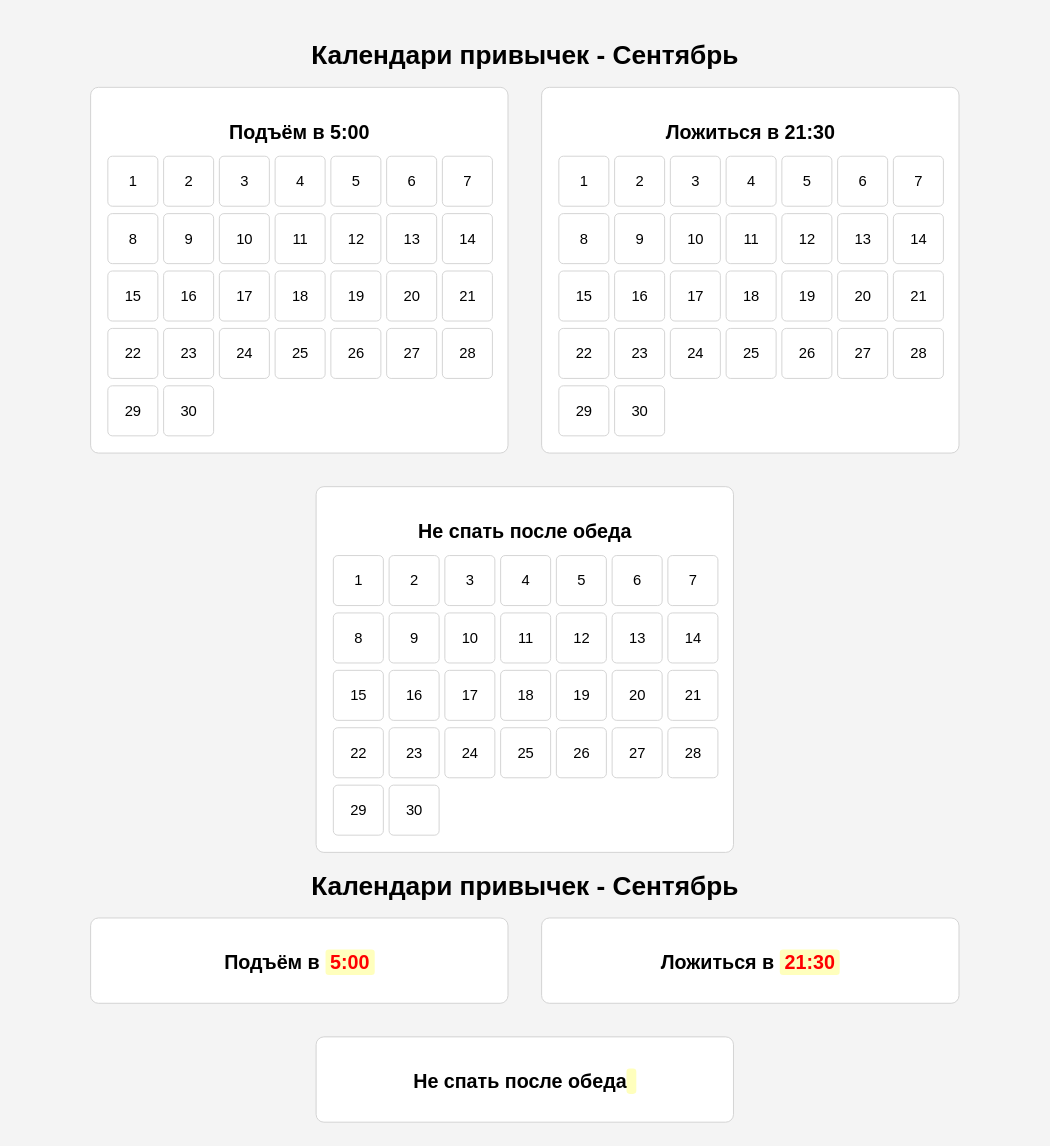
Repository: Pavel1776/doublecalendar
Page: index.html
The author's editor kept a copy of each file at every save. The page is drawn from the files as they stood at one save, then again after the next save.
The browser window is 1280 px wide. The pictures show the whole page, at 82% of full size.

Above is the page before, as saved 2025-09-18 04:38:08.
Console error: SyntaxError: Identifier 'daysInSeptember' has already been declared

### index.html
<!DOCTYPE html>
<html lang="ru">

<head>
  <meta charset="UTF-8" />
  <meta name="viewport" content="width=device-width, initial-scale=1.0" />
  <title>Календари привычек</title>
  <link href="style.css" rel="stylesheet" />
</head>

<body>
  <h1>Календари привычек - Сентябрь</h1>

  <div class="calendars-container" id="calendars"></div>

  <script src="script.js"></script>
</body>

</html>
<!DOCTYPE html>
<html lang="ru">

<head>
  <meta charset="UTF-8" />
  <meta name="viewport" content="width=device-width, initial-scale=1.0" />
  <link href="style.css" rel="stylesheet" />
  <title>Календари привычек</title>
</head>

<body>

  <h1>Календари привычек - Сентябрь</h1>

  <div class="calendars-container">
    <!-- Первый календарь -->
    <div class="calendar">
      <h2>Подъём в <span class="highlight">5:00</span></h2>
      <div class="calendar-grid" id="calendar1"></div>
    </div>

    <!-- Второй календарь -->
    <div class="calendar">
      <h2>Ложиться в <span class="highlight">21:30</span></h2>
      <div class="calendar-grid" id="calendar2"></div>
    </div>
    <!-- Третий календарь -->
    <div class="calendar">
      <h2>Не спать после обеда <span class="highlight"></span></h2>
      <div class="calendar-grid" id="calendar3"></div>
    </div>
  </div>


  <script src="script.js"></script>
</body>

</html>

### style.css
body {
  font-family: Arial, sans-serif;
  background: #f4f4f4;
  display: flex;
  flex-direction: column;
  align-items: center;
  padding: 20px;
}

h1 {
  margin-bottom: 20px;
}

.calendars-container {
  display: flex;
  justify-content: center;
  gap: 40px;         /* расстояние между календарями */
  flex-wrap: wrap;    /* перенос, если не помещаются */
}

.calendar {
  background: #fff;
  border: 1px solid #ccc;
  border-radius: 10px;
  padding: 20px;
  text-align: center;
  min-width: 460px;
}

.calendar h2 {
  margin-bottom: 15px;
}

.calendar-grid {
  display: grid;
  grid-template-columns: repeat(7, 60px);
  gap: 8px;
}

.day {
  width: 60px;
  height: 60px;
  display: flex;
  align-items: center;
  justify-content: center;
  background: white;
  border: 1px solid #ccc;
  font-size: 18px;
  cursor: pointer;
  position: relative;
  user-select: none;
  border-radius: 6px;
}

/* ✔ зелёная галочка */
.day.success::after {
  content: "✔";
  color: white;
  background-color: rgba(0, 200, 0, 0.6);
  border-radius: 50%;
  width: 60px;
  height: 60px;
  display: flex;
  align-items: center;
  justify-content: center;
  font-size: 30px;
  position: absolute;
  top: 0;
  left: 0;
  pointer-events: none;
  font-family: Arial, sans-serif;
}

/* ✖ красный крестик */
.day.fail::after {
  content: "✖";
  color: rgba(255, 0, 0, 0.6);
  font-size: 40px;
  position: absolute;
  top: 50%;
  left: 50%;
  transform: translate(-50%, -50%);
  pointer-events: none;
  font-family: Arial, sans-serif;
}

.highlight {
  font-weight: bold;
  color: red;
  background-color: rgba(255, 255, 0, 0.26);
  padding: 2px 6px;
  border-radius: 4px;
}

### script.js
const daysInSeptember = 30;

// Список привычек (можешь добавлять сюда новые)
const habits = [
  { id: "morning", title: "Подъём в 5:00" },
  { id: "bedtime", title: "Ложиться в 21:30" },
  { id: "noNap", title: "Не спать после обеда" }
];

// Функция рендеринга календаря
function renderCalendar(containerId, storageKey, title) {
  const container = document.getElementById(containerId);

  const calendarDiv = document.createElement("div");
  calendarDiv.classList.add("calendar");

  const titleEl = document.createElement("h2");
  titleEl.innerHTML = title;
  calendarDiv.appendChild(titleEl);

  const grid = document.createElement("div");
  grid.classList.add("calendar-grid");

  // Загружаем статус дней
  let dayStatus = JSON.parse(localStorage.getItem(storageKey)) || {};

  for (let i = 1; i <= daysInSeptember; i++) {
    const day = document.createElement("div");
    day.classList.add("day");
    day.textContent = i;

    if (dayStatus[i] === "success") day.classList.add("success");
    if (dayStatus[i] === "fail") day.classList.add("fail");

    day.addEventListener("click", () => {
      if (day.classList.contains("success")) {
        day.classList.remove("success");
        day.classList.add("fail");
        dayStatus[i] = "fail";
      } else if (day.classList.contains("fail")) {
        day.classList.remove("fail");
        delete dayStatus[i];
      } else {
        day.classList.add("success");
        dayStatus[i] = "success";
      }

      localStorage.setItem(storageKey, JSON.stringify(dayStatus));
    });

    grid.appendChild(day);
  }

  calendarDiv.appendChild(grid);
  container.appendChild(calendarDiv);
}

// Отрисовка всех календарей
const calendarsContainer = document.getElementById("calendars");
habits.forEach(habit => {
  renderCalendar("calendars", habit.id, habit.title);
});

After the next save:
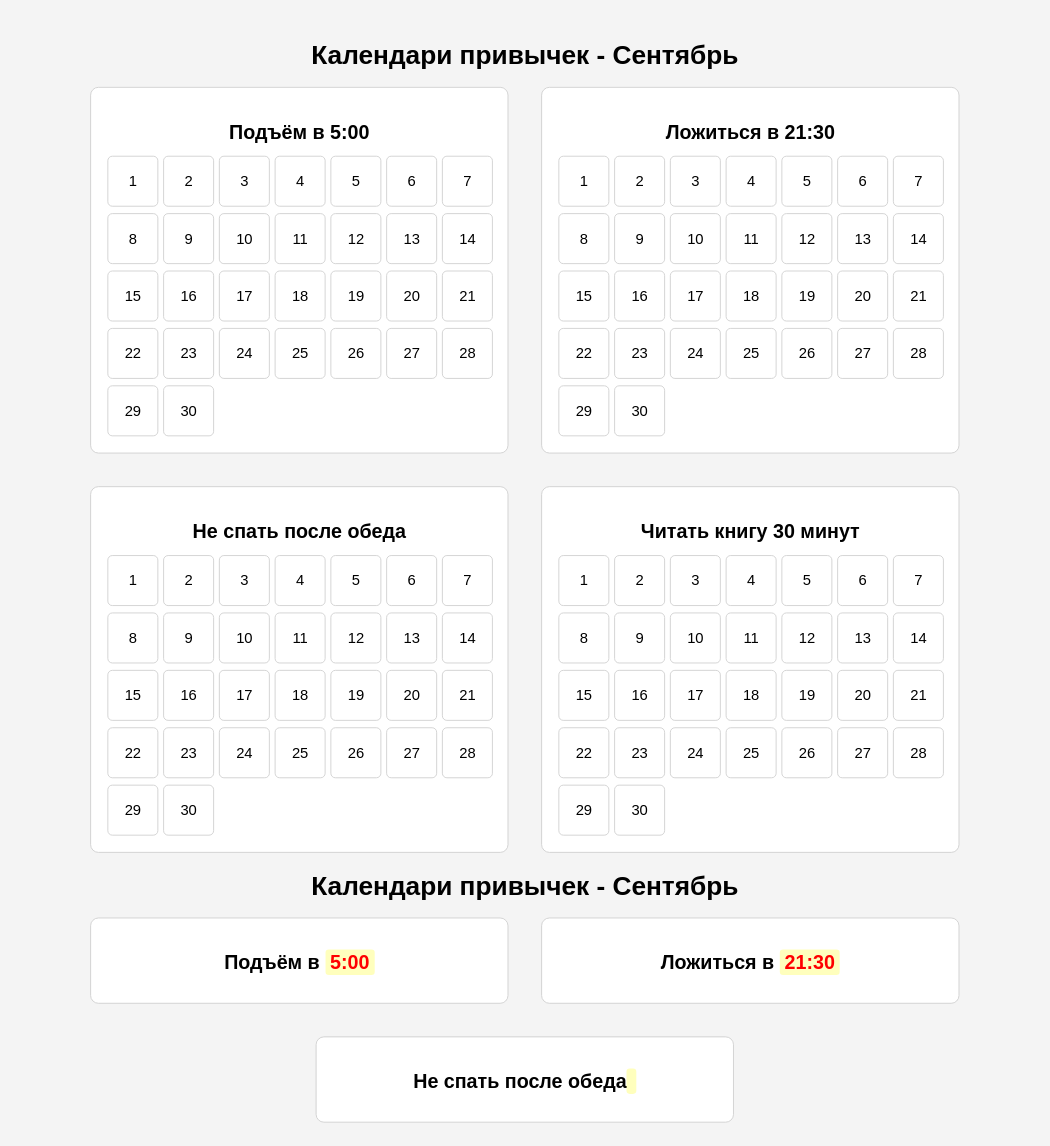
Saved 9 s later.
--- a/script.js
+++ b/script.js
@@ -1,29 +1,43 @@
 const daysInSeptember = 30;
 
-// Список привычек (можешь добавлять сюда новые)
+// ✅ Список привычек — только названия!
 const habits = [
-  { id: "morning", title: "Подъём в 5:00" },
-  { id: "bedtime", title: "Ложиться в 21:30" },
-  { id: "noNap", title: "Не спать после обеда" }
+  "Подъём в 5:00",
+  "Ложиться в 21:30",
+  "Не спать после обеда",
+  "Читать книгу 30 минут"
 ];
 
+// Функция для генерации ID на основе названия
+function generateId(title) {
+  return title.toLowerCase().replace(/\s+/g, "_");
+}
+
 // Функция рендеринга календаря
-function renderCalendar(containerId, storageKey, title) {
-  const container = document.getElementById(containerId);
+function renderCalendar(title) {
+  const container = document.getElementById("calendars");
 
-  const calendarDiv = document.createElement("div");
-  calendarDiv.classList.add("calendar");
+  // создаём блок календаря
+  const calendarWrapper = document.createElement("div");
+  calendarWrapper.classList.add("calendar");
 
-  const titleEl = document.createElement("h2");
-  titleEl.innerHTML = title;
-  calendarDiv.appendChild(titleEl);
+  // заголовок
+  const h2 = document.createElement("h2");
+  h2.textContent = title;
+  calendarWrapper.appendChild(h2);
 
+  // сетка
   const grid = document.createElement("div");
   grid.classList.add("calendar-grid");
+  calendarWrapper.appendChild(grid);
 
-  // Загружаем статус дней
+  container.appendChild(calendarWrapper);
+
+  // уникальный ключ для localStorage
+  const storageKey = generateId(title);
   let dayStatus = JSON.parse(localStorage.getItem(storageKey)) || {};
 
+  // рендерим дни
   for (let i = 1; i <= daysInSeptember; i++) {
     const day = document.createElement("div");
     day.classList.add("day");
@@ -50,13 +64,7 @@
 
     grid.appendChild(day);
   }
-
-  calendarDiv.appendChild(grid);
-  container.appendChild(calendarDiv);
 }
 
-// Отрисовка всех календарей
-const calendarsContainer = document.getElementById("calendars");
-habits.forEach(habit => {
-  renderCalendar("calendars", habit.id, habit.title);
-});
+// Рендерим все календари из списка habits
+habits.forEach(title => renderCalendar(title));
